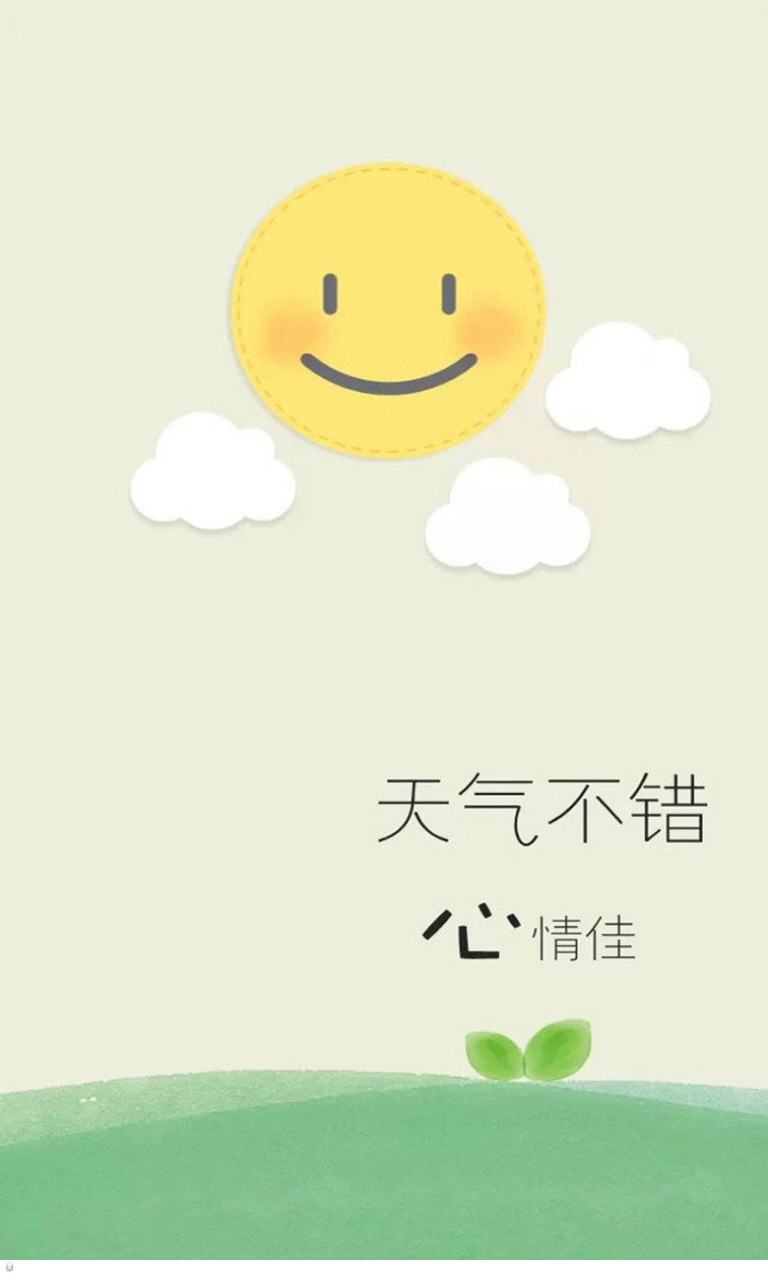
Repository: lihangogo/LHweather
Layout: LHweather/res/layout/activity_main.xml
An editor plug-in stored every save of this project. The layout is shown before and after the next save, followed by the edit.
It is drawn on a 768 x 1280 px phone screen (xhdpi) without system bars, with theme AppTheme; the app's code is not run.

Above is the layout before, as saved 2017-08-18 00:50:27.

### LHweather/res/layout/activity_main.xml
<LinearLayout xmlns:android="http://schemas.android.com/apk/res/android"
    xmlns:tools="http://schemas.android.com/tools"
    android:layout_width="match_parent"
    android:layout_height="match_parent"
    android:orientation="vertical"
    tools:context=".MainActivity" >

    <ImageView
        android:layout_width="fill_parent"
        android:layout_height="0dp"
        android:layout_weight="5"
        android:contentDescription="@string/image_error"
        android:background="@drawable/center"
        android:scaleType="fitCenter" />
	<Button
	    android:id="@+id/button"
	    android:layout_width="10dp"
	    android:layout_height="10dp"

	    />
</LinearLayout>

### LHweather/res/values/strings.xml
<?xml version="1.0" encoding="utf-8"?>
<resources>

    <string name="app_name">LHweather</string>
    <string name="action_settings">Settings</string>
    <string name="hello_world">Hello world!</string>
	<string name="image_error">图片加载失败</string>
</resources>

Loaded but not shown: LHweather/res/values/styles.xml (common file)

After the next save:
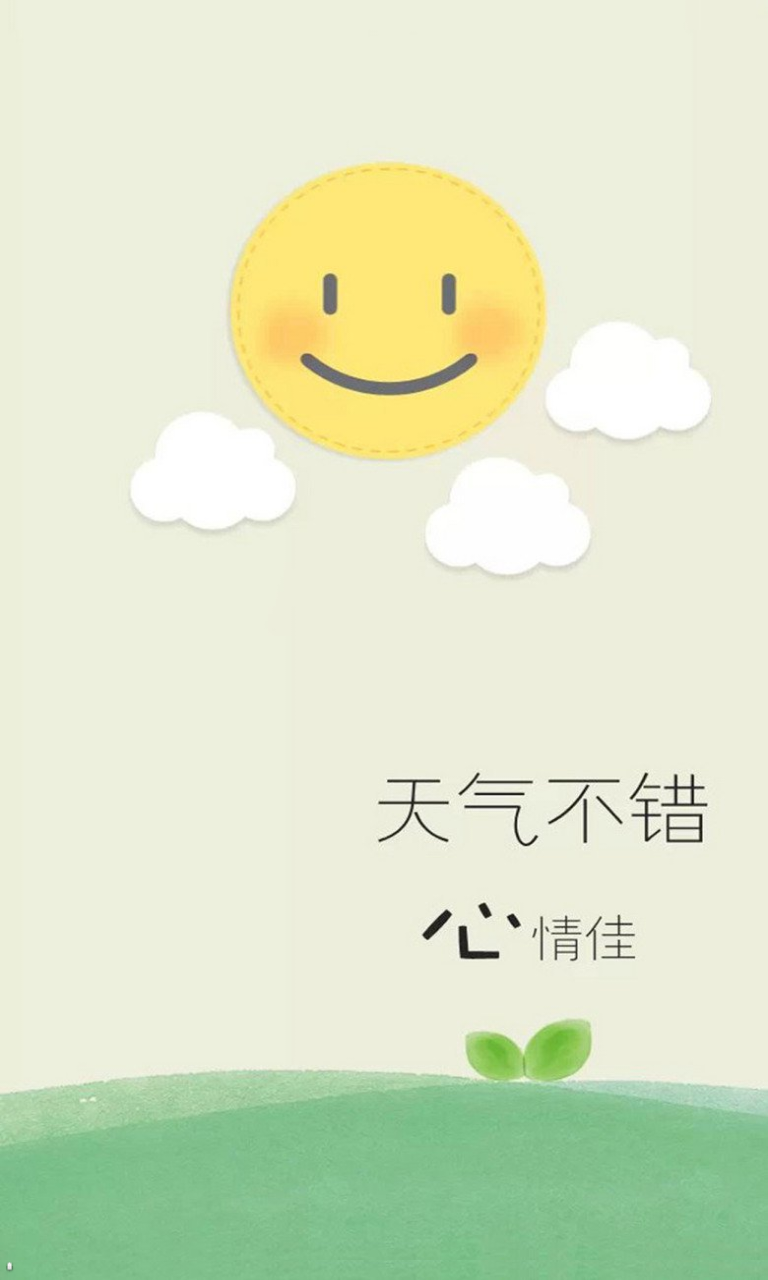
Saved 2 min 35 s later.
--- a/LHweather/res/layout/activity_main.xml
+++ b/LHweather/res/layout/activity_main.xml
@@ -2,6 +2,7 @@
     xmlns:tools="http://schemas.android.com/tools"
     android:layout_width="match_parent"
     android:layout_height="match_parent"
+    android:background="@drawable/center"
     android:orientation="vertical"
     tools:context=".MainActivity" >
 
